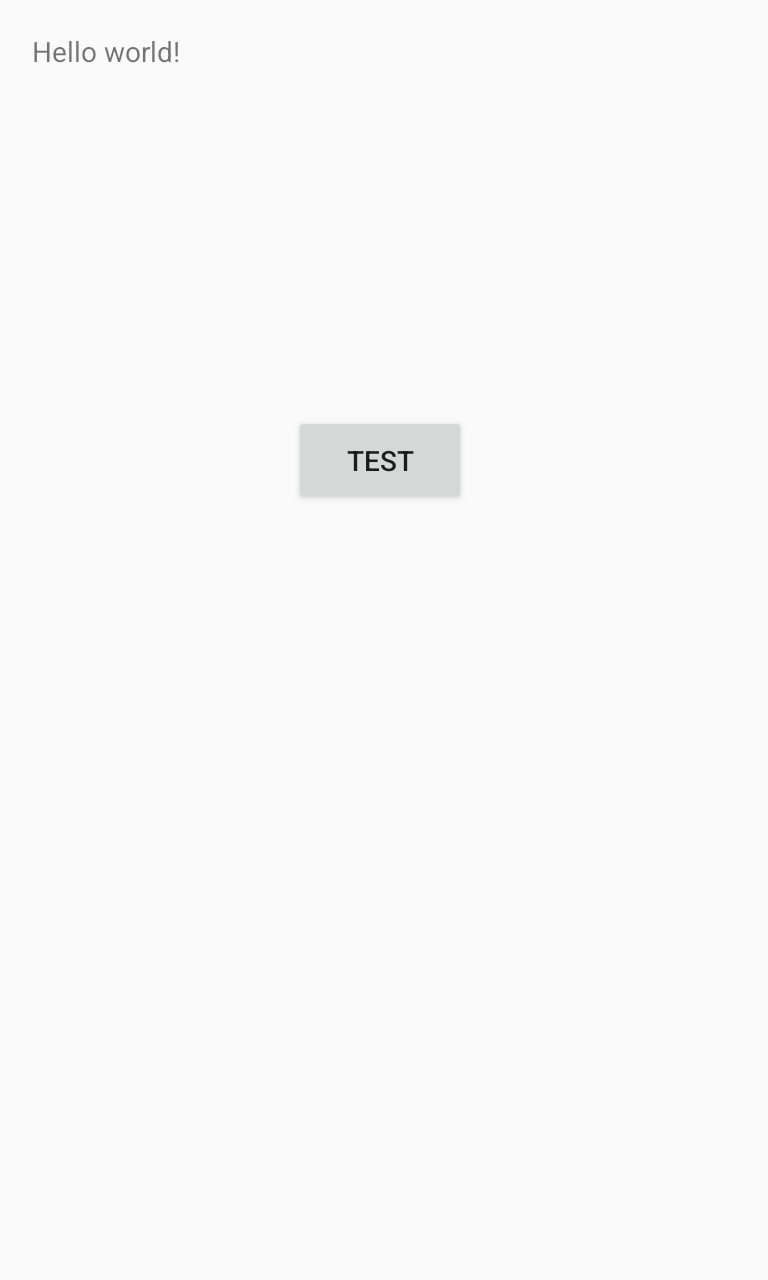
Repository: Chion82/WeFriends
Layout: AndroidTest/res/layout/activity_main.xml
An editor plug-in stored every save of this project. The layout is shown before and after the next save, followed by the edit.
It is drawn on a 768 x 1280 px phone screen (xhdpi) without system bars, with theme AppTheme; the app's code is not run.

Above is the layout before, as saved 2015-02-09 09:19:09.

After the next save:
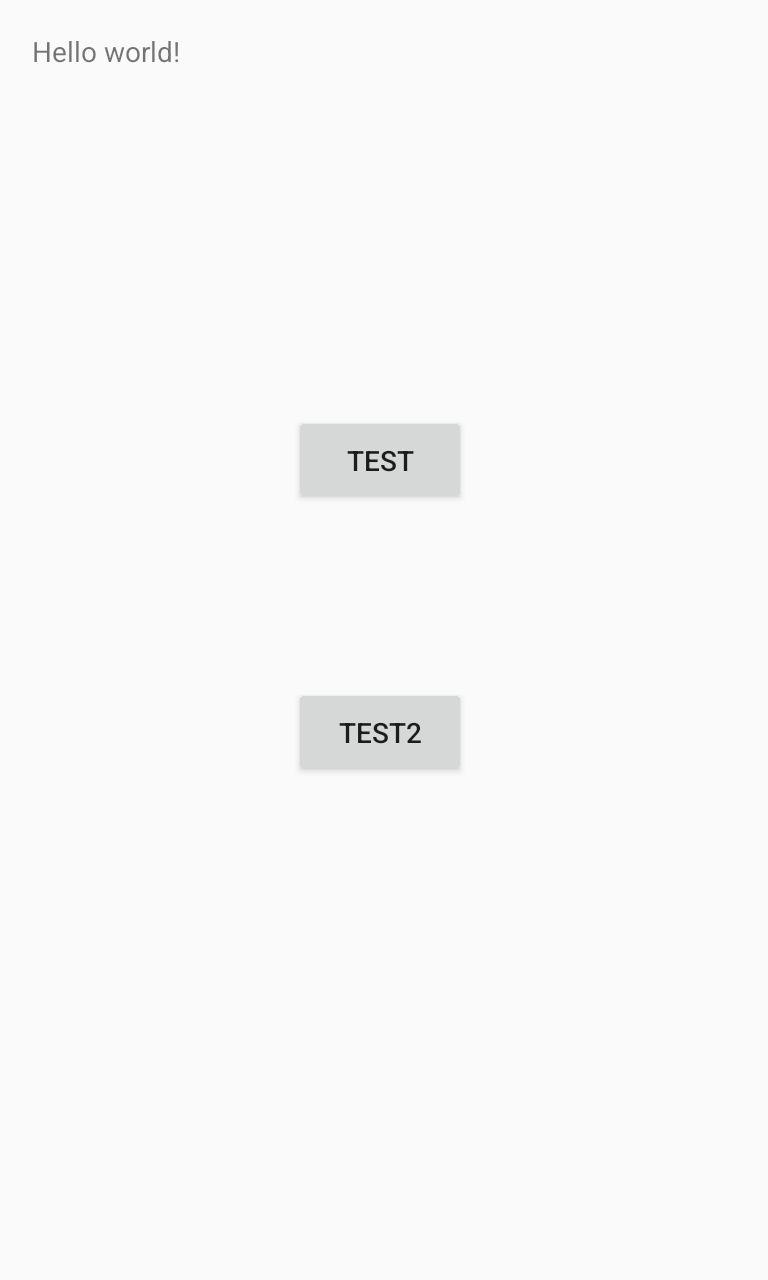
Saved 61 min 50 s later.
--- a/AndroidTest/res/layout/activity_main.xml
+++ b/AndroidTest/res/layout/activity_main.xml
@@ -24,4 +24,13 @@
         android:layout_toRightOf="@+id/textView1"
         android:text="Test" />
 
+    <Button
+        android:id="@+id/button2"
+        android:layout_width="wrap_content"
+        android:layout_height="wrap_content"
+        android:layout_alignLeft="@+id/button1"
+        android:layout_below="@+id/button1"
+        android:layout_marginTop="88dp"
+        android:text="Test2" />
+
 </RelativeLayout>
